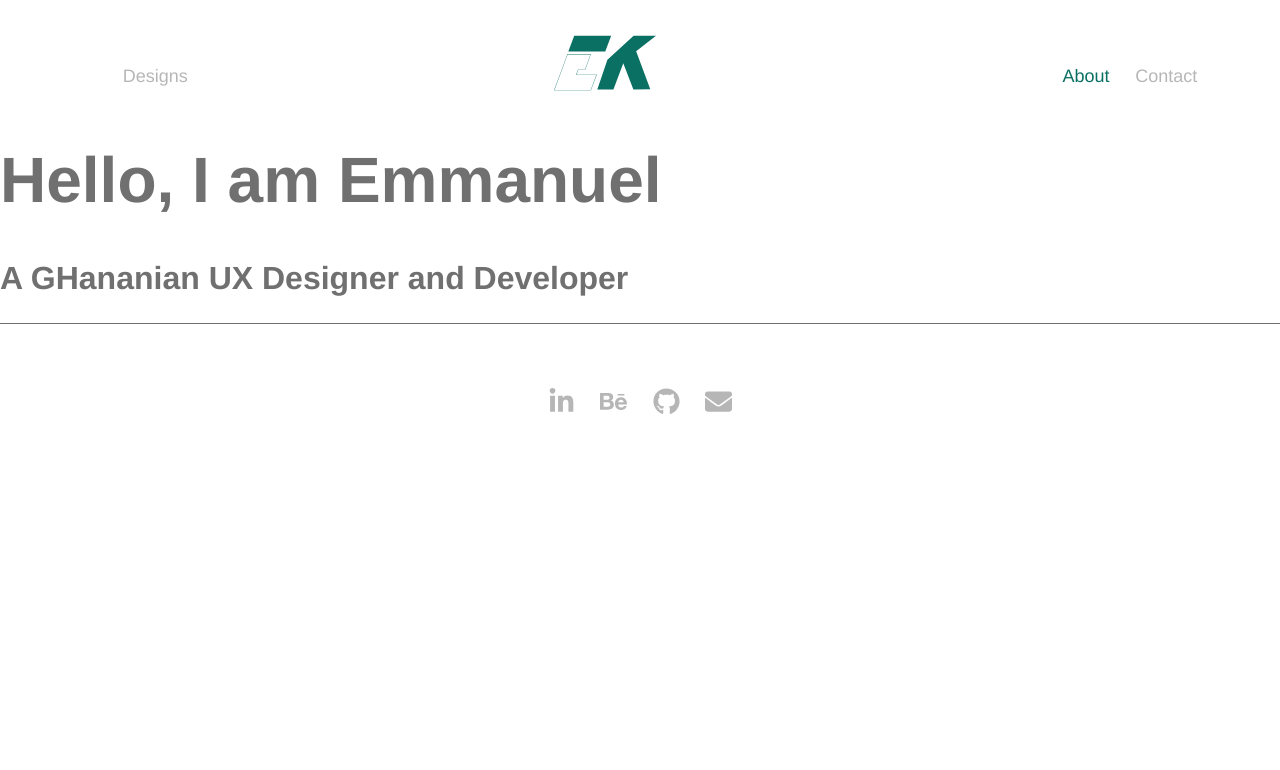
Repository: Kudom-E/Kudom-E.github.io
Page: /#/about
These files come from the project's save history. The page is drawn as it stood at one moment and after the next save; the edit follows.
The browser window is 1280 px wide. The pictures show the whole page.
The project was rebuilt for these pictures with package versions that can differ from the ones it lists, and the page was loaded fresh each time. Also part of the build but not shown: next.config.js, src/Pages/Home/Home.js, src/Pages/Pages.css, src/Pages/Splash/Splash.js, src/Pages/Contact/Contact.js, src/Pages/Project/Project.js, src/Pages/Project/Second.js, src/Pages/Project/Third.js and 1 more.

Above is the page before, as saved 2022-04-03 04:02:31.

After the next save:
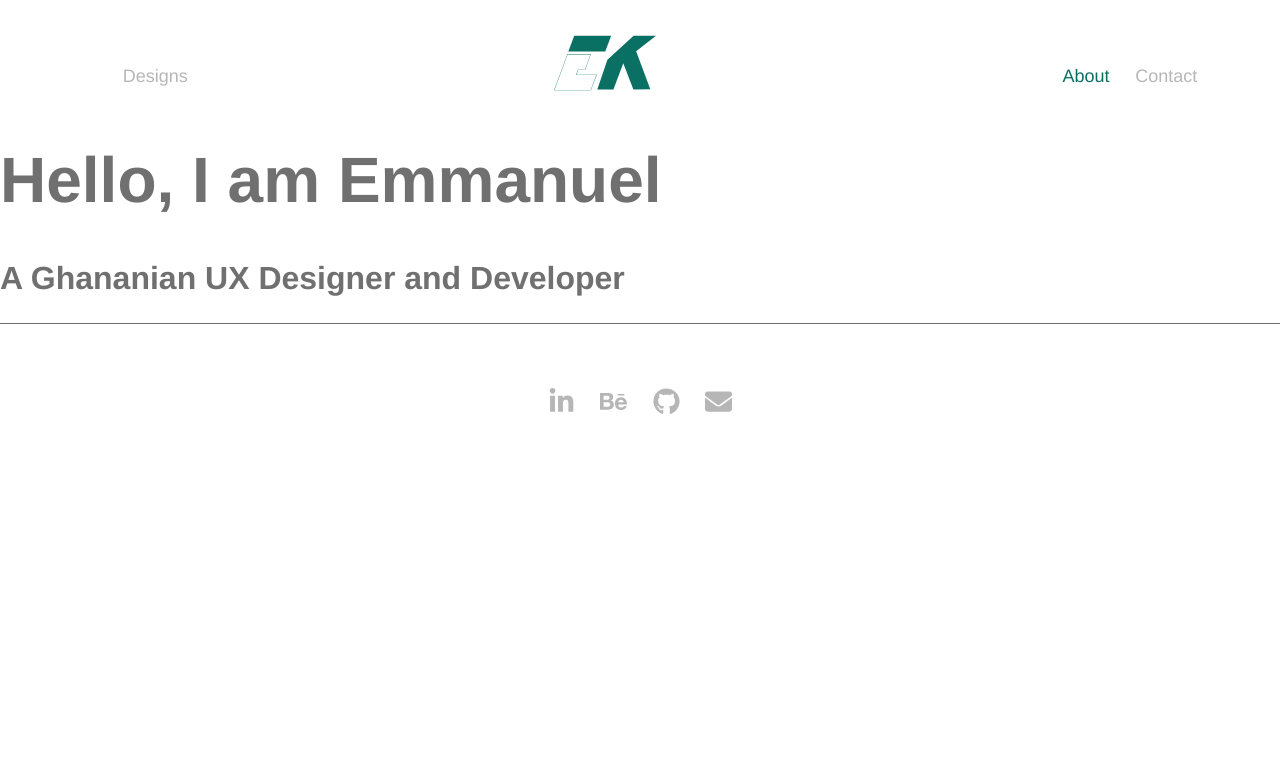
Saved 15 s later.
--- a/src/Pages/About/About.js
+++ b/src/Pages/About/About.js
@@ -4,7 +4,7 @@
   return (
     <div>
       <h1>Hello, I am Emmanuel</h1>
-      <h2> A GHananian UX Designer and Developer</h2>
+      <h2> A Ghananian UX Designer and Developer</h2>
     </div>
   )
 }
